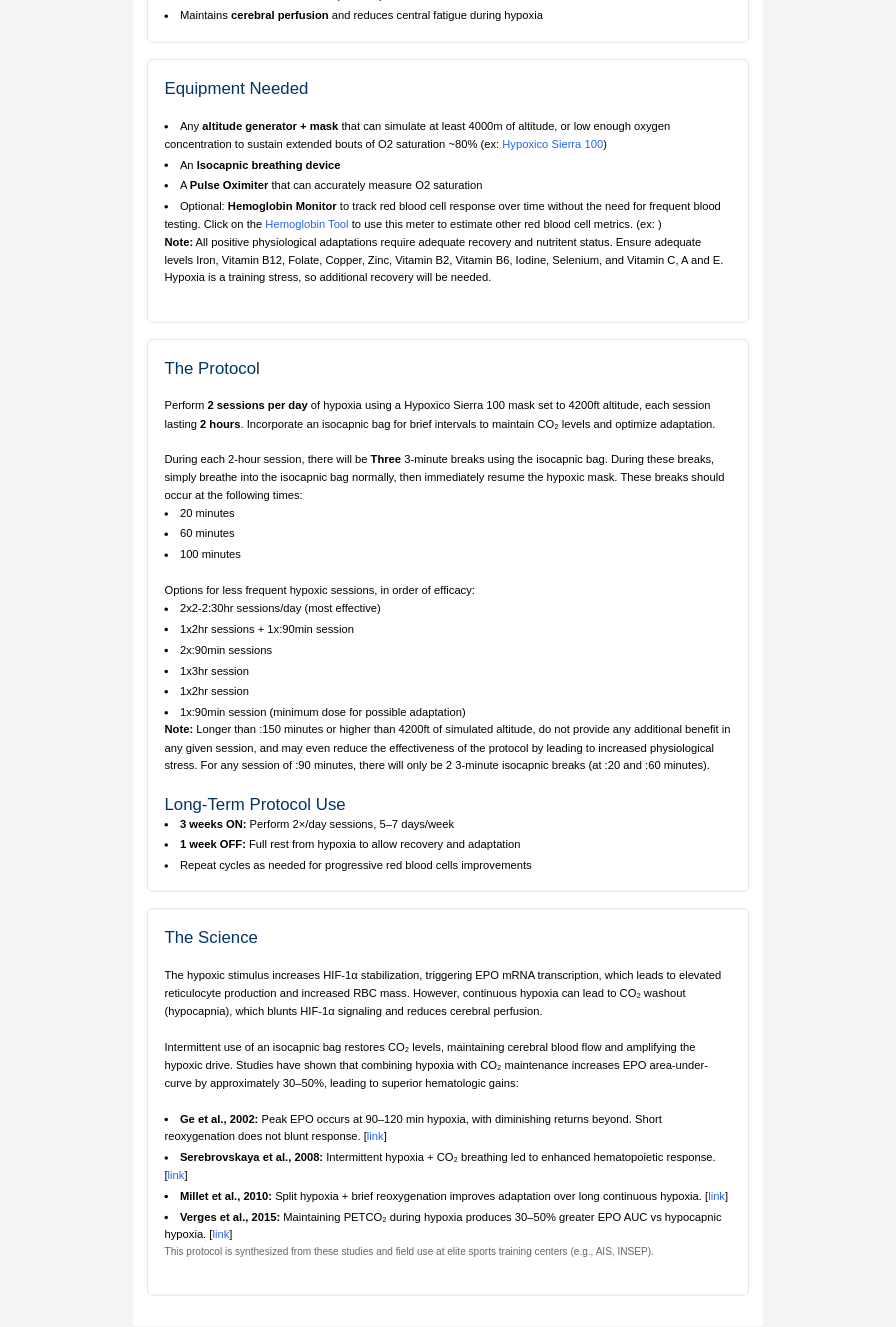
Repository: austenhughes1/hemoglobin_rbc_metrics
Page: hypoxia_protocol.html
The author's editor kept a copy of each file at every save. The page is drawn from the files as they stood at one save, then again after the next save.
The browser window is 1280 px wide. The pictures show the part of the page from y = 784 to 2704 px (the page is 2679 px tall before and 2704 px after), at 70% of full size.
Some web libraries are served in a nearby version.

Above is the page before, as saved 2025-06-25 16:22:40.

### hypoxia_protocol.html
<!DOCTYPE html>
<html lang="en">
<head>
  <meta charset="UTF-8" />
  <meta name="viewport" content="width=device-width, initial-scale=1.0"/>
  <title>Hemocalc PRO Hypoxia + Isocapnic Bag Protocol</title>
  <script src="https://cdn.tailwindcss.com"></script>
  <style>
    /* Typography & layout for the content area */
    .content {
      font-family: Arial, sans-serif;
      line-height: 1.6;
      padding: 20px;
      max-width: 900px;
      margin: auto;
      background: white;
    }
    h1, h2, h3 { color: #003366; }
    h1 { border-bottom: 2px solid #003366; padding-bottom: 5px; }
    .citation { font-size: 0.9em; color: #666; }
  </style>
</head>
<body class="bg-gray-100 min-h-screen">

  <!-- Full‐width sticky header -->
  <header class="sticky top-0 z-20 bg-gray-100 shadow-sm w-full">
    <nav class="flex justify-start space-x-2 px-4 py-3">
      <a
        href="index.html"
        class="px-4 py-2 border border-b-0 rounded-t bg-gray-100 text-gray-900 font-medium whitespace-nowrap"
      >
        Hemoglobin Tool
      </a>
      <a
        href="hypoxia_protocol.html"
        class="px-4 py-2 border border-b-0 rounded-t bg-white text-gray-600 hover:bg-gray-200 whitespace-nowrap"
      >
        Hypoxia Protocol
      </a>
    </nav>
  </header>

  <!-- Main content container -->
  <div class="content">
    <h1 class="text-4xl font-bold mb-4">Hypoxia Protocol for Increased Endurance and/or Altitude Adaptation</h1>

    <section class="border border-gray-300 rounded-lg p-6 mb-6 bg-white">
        <h2 class="text-2xl">Why Use This Protocol?</h2>
        <br>
        <p>
        This protocol is designed for endurance athletes, high-altitude athletes, or any individuals aiming to increase their red blood cell (RBC) mass, improve oxygen transport, and improve endurance athletic performance without the use of WADA banned substances.
        </p>
        <br>
        <p>
        Classically, altitude training blocks or altitude exposures such as altitude tents have been a staple for endurance athletes to improve performance. However, these methods have their drawbacks; training at altitude reduces the quality of higher intensity sessions, and altitude tents can reduce sleep quality and recovery. This protocol can ben done in 2-4 hours per day, and can be done while peforming any daily activity that doesn't require you to move to many different rooms or locations (e.g., working at a computer, reading or watching television, etc).
        </p>
        <br>
        <p>
        This protocol can be used anywhere, at any time, once you have the equipment. It is designed to be used in conjunction with your normal training schedule, allowing you to maintain high-quality training while still reaping the benefits of altitude exposure. Even when used while living and/or training at altitude, this protocol will provide benefits above and beyond what can be achieved through altitude exposure alone.
        </p>
        <br>
        <p>By combining controlled hypoxia sessions with intermittent isocapnic breathing, this approach:</p>
        <br>
        <ul class="list-disc list-inside space-y-1">
            <li>Stimulates <strong>erythropoietin (EPO)</strong> production and reticulocyte response</li>
            <li>Enhances <strong>red blood cell mass</strong> for improved endurance</li>
            <li>Enhances <strong>iron</strong> utilization ceruloplasmin production </li>
            <li>Maintains <strong>cerebral perfusion</strong> and reduces central fatigue during hypoxia</li>
        </ul>
    </section>

    <section class="border border-gray-300 rounded-lg p-6 mb-6 bg-white">
        <h2 class="text-2xl">Equipment Needed</h2>
        <br>
        <ul class="list-disc list-inside space-y-1">
            <li>Any <strong>altitude generator + mask</strong> that can simulate at least 4000m of altitude, or low enough oxygen concentration to sustain extended bouts of O2 saturation ~80% (ex: <a class="text-blue-600 hover:underline" href="https://hypoxico.com/products/sierra-100" target="_blank">Hypoxico Sierra 100</a>)</li>
            <li>An <strong>Isocapnic breathing device</strong></li>
            <li>A <strong>Pulse Oximiter</strong> that can accurately measure O2 saturation</li>
            <li>Optional: <strong>Hemoglobin Monitor</strong> to track red blood cell response over time without the need for frequent blood testing. Click on the <a class="text-blue-600 hover:underline" href="https://www.hemocalc.pro/index.html">Hemoglobin Tool</a> to use this meter to estimate other red blood cell metrics. (ex: )</li>
        </ul>
        <p>
        <strong>Note:</strong> All positive physiological adaptations require adequate recovery and nutritent status. Ensure adequate levels Iron, Vitamin B12, Folate, Copper, Zinc, Vitamin B2, Vitamin B6, Iodine, Selenium, and Vitamin C, A and E. Hypoxia is a training stress, so additional recovery will be needed.
        </p>
        <br>
    </section>

    <section class="border border-gray-300 rounded-lg p-6 mb-6 bg-white">
        <h2 class="text-2xl">The Protocol</h2>
        <br>
        <p>
        Perform <strong>2 sessions per day</strong> of hypoxia using a Hypoxico Sierra 100 mask set to 4200ft altitude, each session lasting <strong>2 hours</strong>. Incorporate an isocapnic bag for brief intervals to maintain CO₂ levels and optimize adaptation.
        </p>
        <br>

        <p>
        During each 2-hour session, there will be <strong>Three</strong> 3-minute breaks using the isocapnic bag. During these breaks, simply breathe into the isocapnic bag normally, then immediately resume the hypoxic mask. These breaks should occur at the following times:
        <ul class="list-disc list-inside space-y-1">
            <li>20 minutes</li>
            <li>60 minutes</li>
            <li>100 minutes</li>
        </ul>
        </p>
        <br>

        <p>
        Options for less frequent hypoxic sessions, in order of efficacy:
        <ul class="list-disc list-inside space-y-1">
            <li>2x2-2:30hr sessions/day (most effective)</li>
            <li>1x2hr sessions + 1x:90min session</li>
            <li>2x:90min sessions</li>
            <li>1x3hr session</li>
            <li>1x2hr session</li>
            <li>1x:90min session (minimum dose for possible adaptation)</li>
        </ul>
        <strong>Note:</strong> Longer than :150 minutes or higher than 4200ft of simulated altitude, do not provide any additional benefit in any given session, and may even reduce the effectiveness of the protocol by leading to increased physiological stress. For any session of :90 minutes, there will only be 2 3-minute isocapnic breaks (at :20 and :60 minutes).
        </p>
        <br>

        <h2 class="text-2xl">Long-Term Protocol Use</h2>
        <ul class="list-disc list-inside space-y-1">
        <li><strong>3 weeks ON:</strong> Perform 2×/day sessions, 5–7 days/week</li>
        <li><strong>1 week OFF:</strong> Full rest from hypoxia to allow recovery and adaptation</li>
        <li>Repeat cycles as needed for progressive red blood cells improvements</li>
        </ul>
    </section>


    <section class="border border-gray-300 rounded-lg p-6 mb-6 bg-white">
        <h2 class="text-2xl">The Science </h2>
        <br>
        <p>
        The hypoxic stimulus increases HIF-1α stabilization, triggering EPO mRNA transcription, which leads to elevated reticulocyte production and increased RBC mass. However, continuous hypoxia can lead to CO₂ washout (hypocapnia), which blunts HIF-1α signaling and reduces cerebral perfusion.
        </p>
        <br>
        <p>
        Intermittent use of an isocapnic bag restores CO₂ levels, maintaining cerebral blood flow and amplifying the hypoxic drive. Studies have shown that combining hypoxia with CO₂ maintenance increases EPO area-under-curve by approximately 30–50%, leading to superior hematologic gains:
        </p>
        <br>
        <ul class="list-disc list-inside space-y-1">
        <li><strong>Ge et al., 2002:</strong> Peak EPO occurs at 90–120 min hypoxia, with diminishing returns beyond. Short reoxygenation does not blunt response. [<a class="text-blue-600 hover:underline" href="https://www.hypoxico.com/wp-content/uploads/2018/04/Determinants-of-erythropoietin-release-in-response-to-short-term-hypobaric-hypoxia.pdf" target="_blank">link</a>]</li>
        <li><strong>Serebrovskaya et al., 2008:</strong> Intermittent hypoxia + CO₂ breathing led to enhanced hematopoietic response. [<a class="text-blue-600 hover:underline" href="https://pubmed.ncbi.nlm.nih.gov/18078855/" target="_blank">link</a>]</li>
        <li><strong>Millet et al., 2010:</strong> Split hypoxia + brief reoxygenation improves adaptation over long continuous hypoxia. [<a class="text-blue-600 hover:underline" href="https://pubmed.ncbi.nlm.nih.gov/20092365/" target="_blank">link</a>]</li>
        <li><strong>Verges et al., 2015:</strong> Maintaining PETCO₂ during hypoxia produces 30–50% greater EPO AUC vs hypocapnic hypoxia. [<a class="text-blue-600 hover:underline" href="https://pubmed.ncbi.nlm.nih.gov/26319812/" target="_blank">link</a>]</li>
        </ul>

        <p class="citation">
        This protocol is synthesized from these studies and field use at elite sports training centers (e.g., AIS, INSEP).
        </p>
        <br>
    </section>
  </div>
</body>
</html>

After the next save:
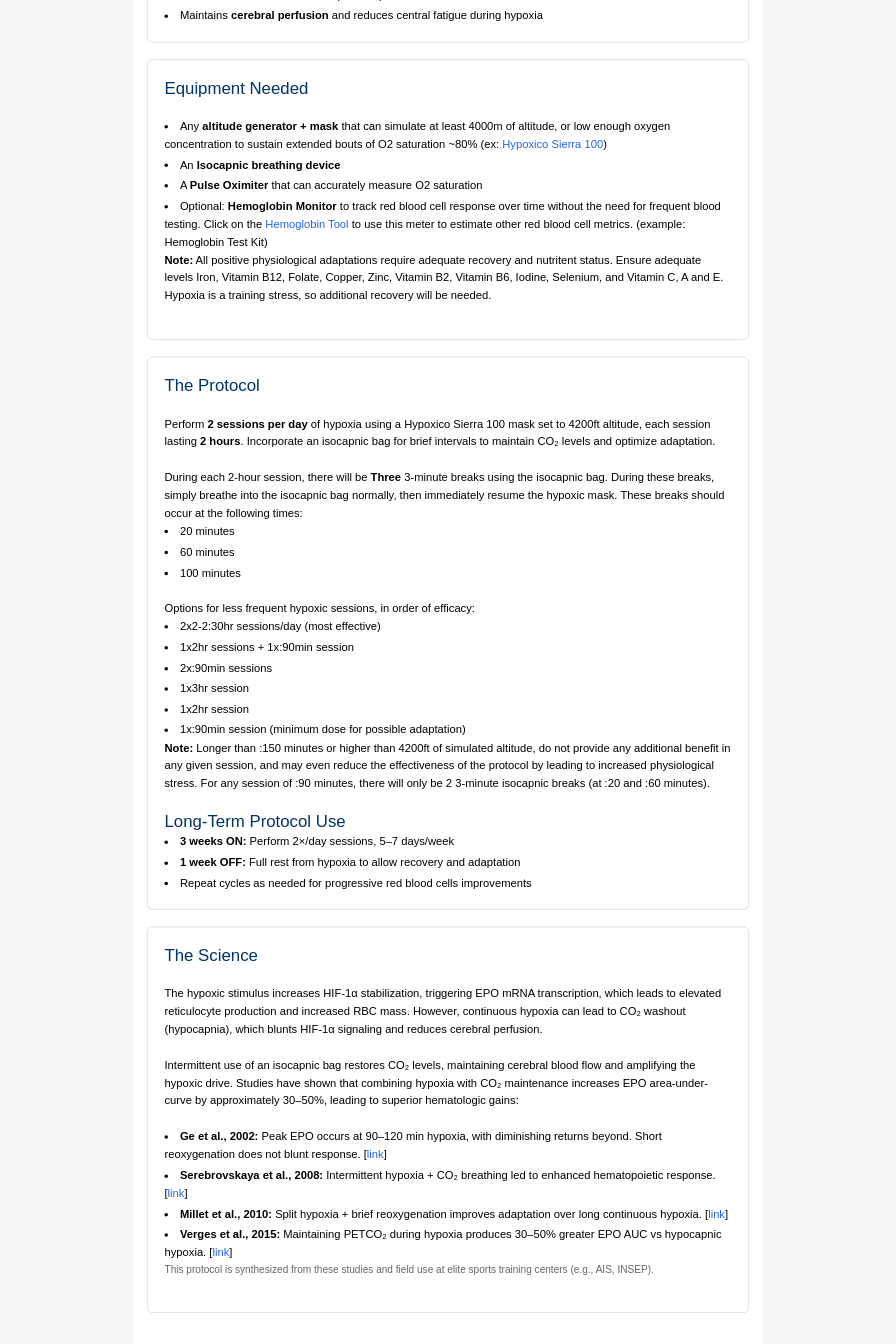
Saved 9 min 11 s later.
--- a/hypoxia_protocol.html
+++ b/hypoxia_protocol.html
@@ -76,7 +76,7 @@
             <li>Any <strong>altitude generator + mask</strong> that can simulate at least 4000m of altitude, or low enough oxygen concentration to sustain extended bouts of O2 saturation ~80% (ex: <a class="text-blue-600 hover:underline" href="https://hypoxico.com/products/sierra-100" target="_blank">Hypoxico Sierra 100</a>)</li>
             <li>An <strong>Isocapnic breathing device</strong></li>
             <li>A <strong>Pulse Oximiter</strong> that can accurately measure O2 saturation</li>
-            <li>Optional: <strong>Hemoglobin Monitor</strong> to track red blood cell response over time without the need for frequent blood testing. Click on the <a class="text-blue-600 hover:underline" href="https://www.hemocalc.pro/index.html">Hemoglobin Tool</a> to use this meter to estimate other red blood cell metrics. (ex: )</li>
+            <li>Optional: <strong>Hemoglobin Monitor</strong> to track red blood cell response over time without the need for frequent blood testing. Click on the <a class="text-blue-600 hover:underline" href="https://www.hemocalc.pro/index.html">Hemoglobin Tool</a> to use this meter to estimate other red blood cell metrics. (example: <a href="https://amzn.to/4lqfsCO">Hemoglobin Test Kit</a>)</li>
         </ul>
         <p>
         <strong>Note:</strong> All positive physiological adaptations require adequate recovery and nutritent status. Ensure adequate levels Iron, Vitamin B12, Folate, Copper, Zinc, Vitamin B2, Vitamin B6, Iodine, Selenium, and Vitamin C, A and E. Hypoxia is a training stress, so additional recovery will be needed.
